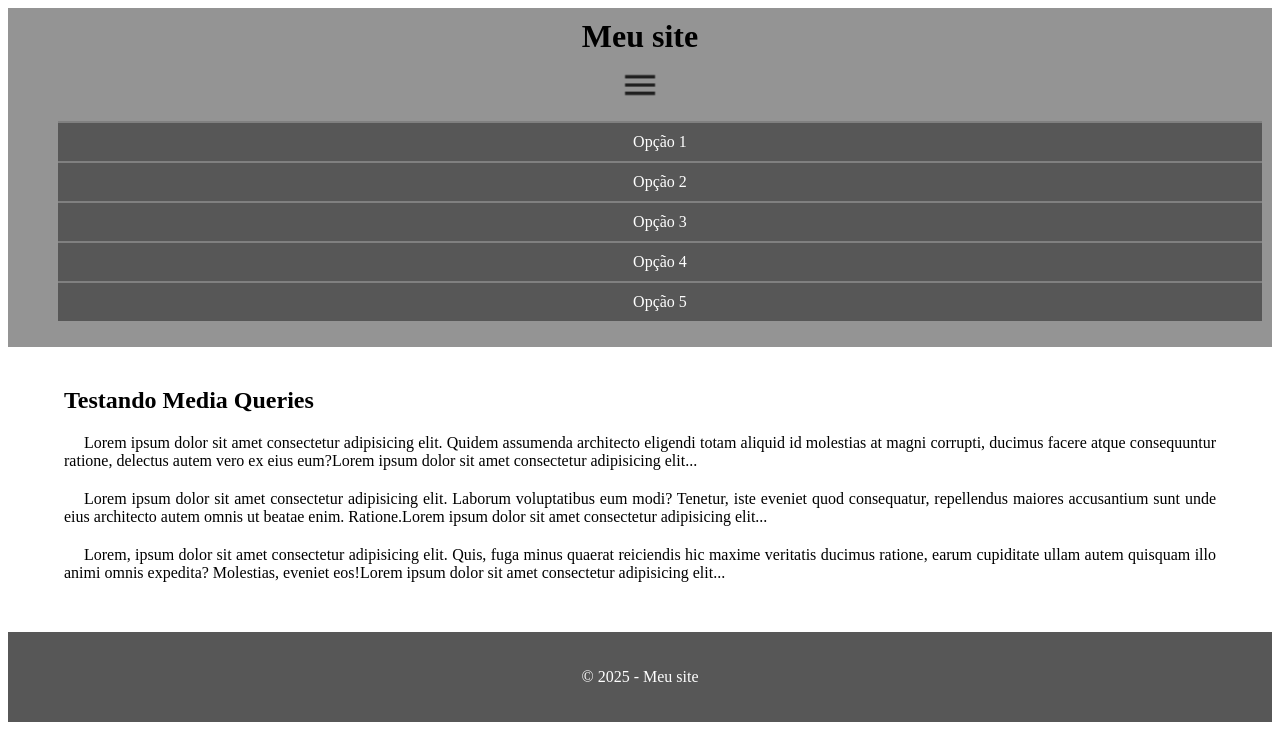
Repository: Sandro1969-tech/menu-hamburger
Page: index.html
An editor plug-in stored every save of this project. The page is shown before and after a run of saves, followed by the edit.
The browser window is 1280 px wide. The pictures show the whole page.
After loading, the first visible `img.menu-icon` was clicked once.

Above is the page before, as saved 2025-12-26 15:27:21.

### index.html
<!DOCTYPE html>
<html lang="pt-br">
<head>
  <meta charset="UTF-8">
  <meta name="viewport" content="width=device-width, initial-scale=1.0">
  <title>Media Queries</title>
  <link rel="stylesheet" href="query.css">
  <style>

    .menu-icon {
      display: block;
      margin: 10px auto;
      width: 40px;
      cursor: pointer;
    }
    .menu-icon:hover {
      filter: invert(100%);
    }
    header {
      background-color: rgb(148, 148, 148);
      padding: 10px;
      text-align: center;
    }
    header h1 {
      margin: 0;
    }

    /* Menu escondido por padrão */
    #menu {
      display: none;
    }

    menu > ul {
      list-style-type: none;
      margin: 0;
      padding: 0;
    }

    menu a {
      display: block;
      padding: 10px;
      text-decoration: none;
      background-color: rgb(87,87,87);
      text-align: center;
      color: white;
      border-top: 2px solid grey;
    }

    menu > ul > li:hover a {
      background-color: rgba(119, 136, 153, 0.459);
    }

    main {
      width: 90vw;
      background-color: white;
      margin: auto;
      margin-top: 10px;
      padding: 10px;
      border-radius: 10px;
    }

    article > p {
      text-align: justify;
      margin-bottom: 20px;
      text-indent: 20px;
    }

    footer {
      background-color: rgb(87,87,87);
      color: white;
      text-align: center;
      padding: 20px;
      margin-top: 20px;
    }
  </style>
</head>
<body onresize="mudouTamanho()">
  <header>
    <h1>Meu site</h1>
    <!-- Ícone chama a função -->
    <img src="image/iconmenu.png" alt="Menu" class="menu-icon" onclick="clickMenu()">

    <!-- Menu com lista -->
    <menu id="menu">
      <ul>
        <li><a href="#">Opção 1</a></li>
        <li><a href="#">Opção 2</a></li>
        <li><a href="#">Opção 3</a></li>
        <li><a href="#">Opção 4</a></li>
        <li><a href="#">Opção 5</a></li>
      </ul>
    </menu>
  </header>

  <main>
    <article>
      <h2>Testando Media Queries</h2>
      <p>Lorem ipsum dolor sit amet consectetur adipisicing elit. Quidem assumenda architecto eligendi totam aliquid id molestias at magni corrupti, ducimus facere atque consequuntur ratione, delectus autem vero ex eius eum?Lorem ipsum dolor sit amet consectetur adipisicing elit...</p>
      <p>Lorem ipsum dolor sit amet consectetur adipisicing elit. Laborum voluptatibus eum modi? Tenetur, iste eveniet quod consequatur, repellendus maiores accusantium sunt unde eius architecto autem omnis ut beatae enim. Ratione.Lorem ipsum dolor sit amet consectetur adipisicing elit...</p>
      <p>Lorem, ipsum dolor sit amet consectetur adipisicing elit. Quis, fuga minus quaerat reiciendis hic maxime veritatis ducimus ratione, earum cupiditate ullam autem quisquam illo animi omnis expedita? Molestias, eveniet eos!Lorem ipsum dolor sit amet consectetur adipisicing elit...</p>
    </article>
  </main>

  <footer>
    <p>© 2025 - Meu site</p>
  </footer>

  <!-- Script no final -->
  <script>
    function clickMenu() {
      const menu = document.getElementById('menu');
      if (menu.style.display === 'block') {
        menu.style.display = 'none';
      } else {
        menu.style.display = 'block';
      }
    }
  </script>
</body>
</html>

### query.css
@charset "UTF-8";

@media screen and (min-wdth: 768px) {}
    i#burger {
        display: none;

    }
    menu {
        display: block;
    }
menu > ul > li {
    display inline-block;

}

After the next 2 saves:
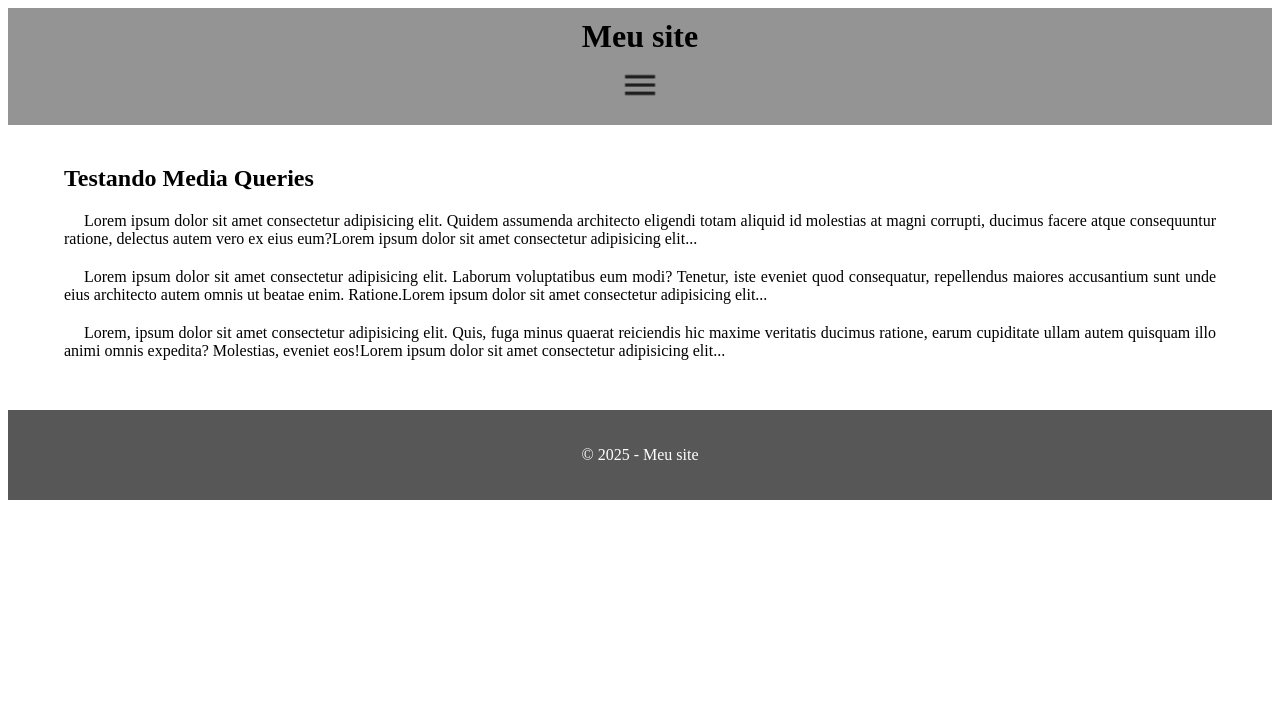
Console error: SyntaxError: Unexpected token 'function'
The 2 saves are shown as one change because they came seconds apart.
The last was saved 27 s later.
--- a/index.html
+++ b/index.html
@@ -107,6 +107,7 @@
 
   <!-- Script no final -->
   <script>
+    function
     function clickMenu() {
       const menu = document.getElementById('menu');
       if (menu.style.display === 'block') {

After the save that followed:
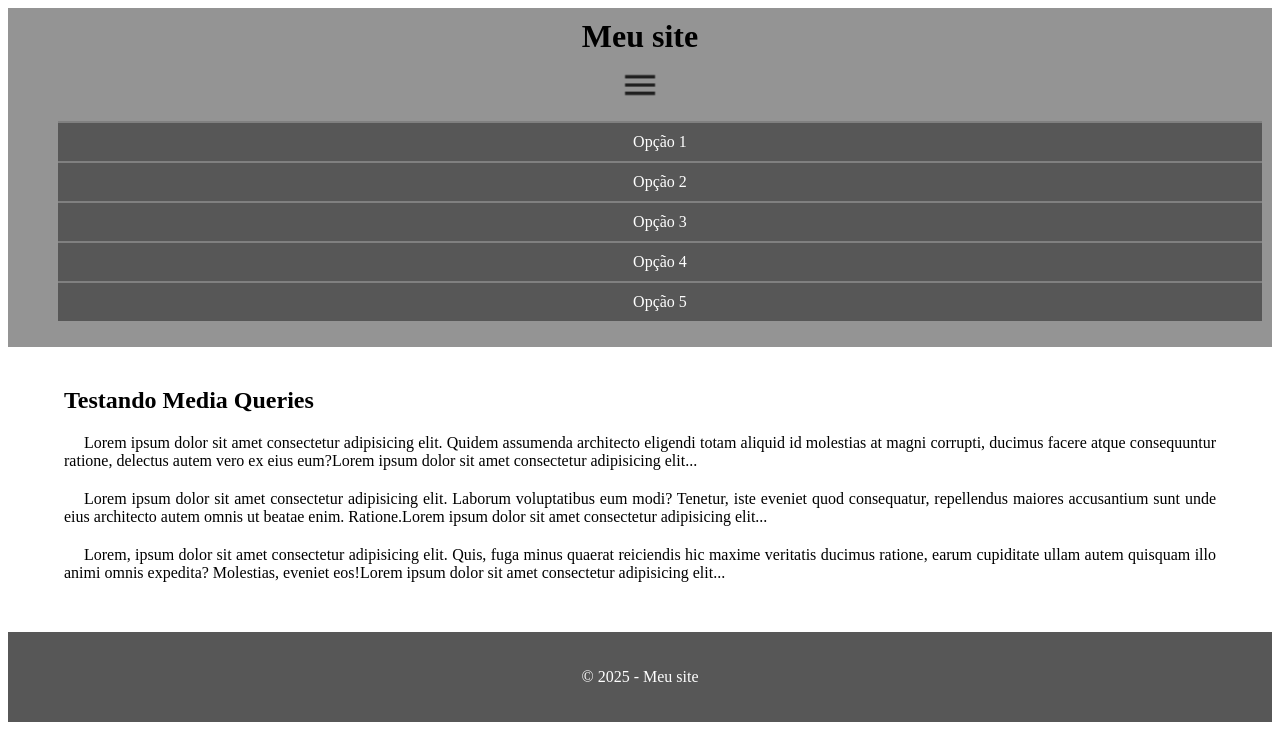
Console error: ReferenceError: functionmudouTamanho is not defined
Saved 10 s later.
--- a/index.html
+++ b/index.html
@@ -107,7 +107,7 @@
 
   <!-- Script no final -->
   <script>
-    function
+    functionmudouTamanho
     function clickMenu() {
       const menu = document.getElementById('menu');
       if (menu.style.display === 'block') {
